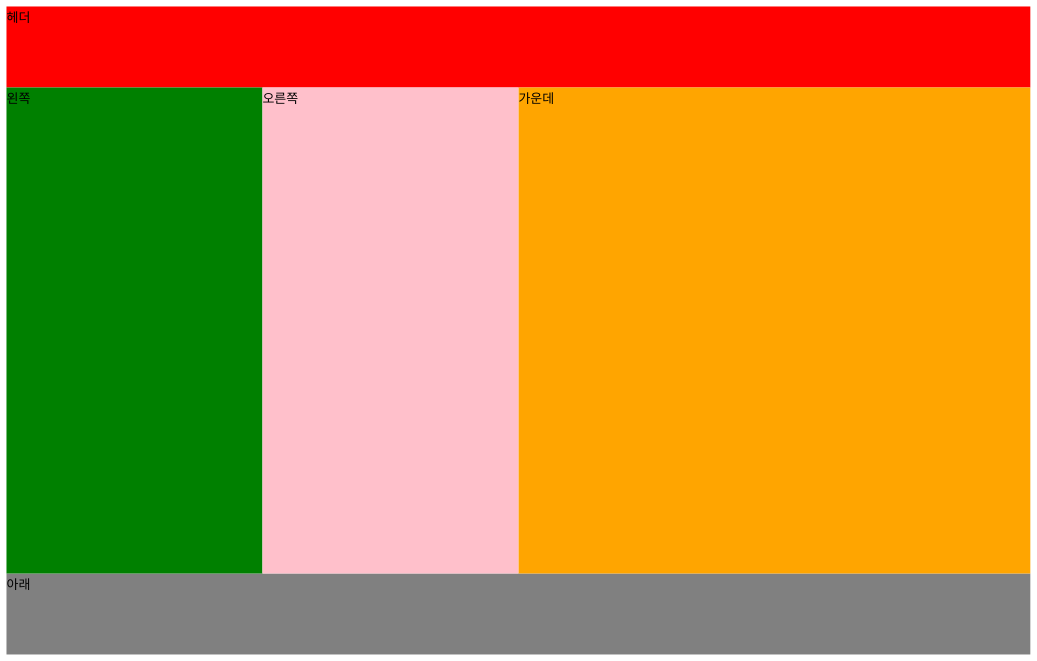
Repository: dhfkdlxm/Lecture-Web
Page: Lecture-Web/WebContent/css/exam/divExam.html
The author's editor kept a copy of each file at every save. The page is drawn from the files as they stood at one save, then again after the next save.
The browser window is 1280 px wide. The pictures show the whole page, at 81% of full size.

Above is the page before, as saved 2021-06-11 07:49:12.

### Lecture-Web/WebContent/css/exam/divExam.html
<!DOCTYPE html>
<html>
<head>
<meta charset="UTF-8">
<title>Insert title here</title>
<style type="text/css">
header {
	background-color: red;
	height: 100px
}

#left-aside {
	background-color: green;
	height: 600px;
	width: 25%;
	float: left;
}

/* #center-up {
	background-color: blue;
}

#center-down {
	background-color: orange;
}
 */
section {
	background-color: orange;
	float: right;
	width: 50%;
	height: 600px
}

#right-aside {
	background-color: pink;
	float: right;
	width: 25%;
	height: 600px
}

footer {
	background-color: gray;
	height: 100px;
	clear: both;
}
</style>
</head>
<body>
	<!--
	 header	 :  사이트명 , 로고
	 nav		 :  사이트의 메뉴, 포함
	 section 	 : 	문서의 주요 내용을 포함
	 article 	 : 	문서의 주요내용이 긴경우 세부적으로 구분
	 aside 	 :  문서의 주요 내용에 옆에 배치되는 내용
	 footer 	 :  문서의 정보, 저작권, 부가정보

 -->
	<header>헤더</header>
	<aside id='left-aside'>왼쪽</aside>
	<section>
		가운데
		<!-- <article id='center-up'>가운데위</article>
		<article id='center-down'>가운데아래</article> -->
	</section>
	<aside id='right-aside'>오른쪽</aside>
	<footer>아래</footer>
</body>
</html>

After the next save:
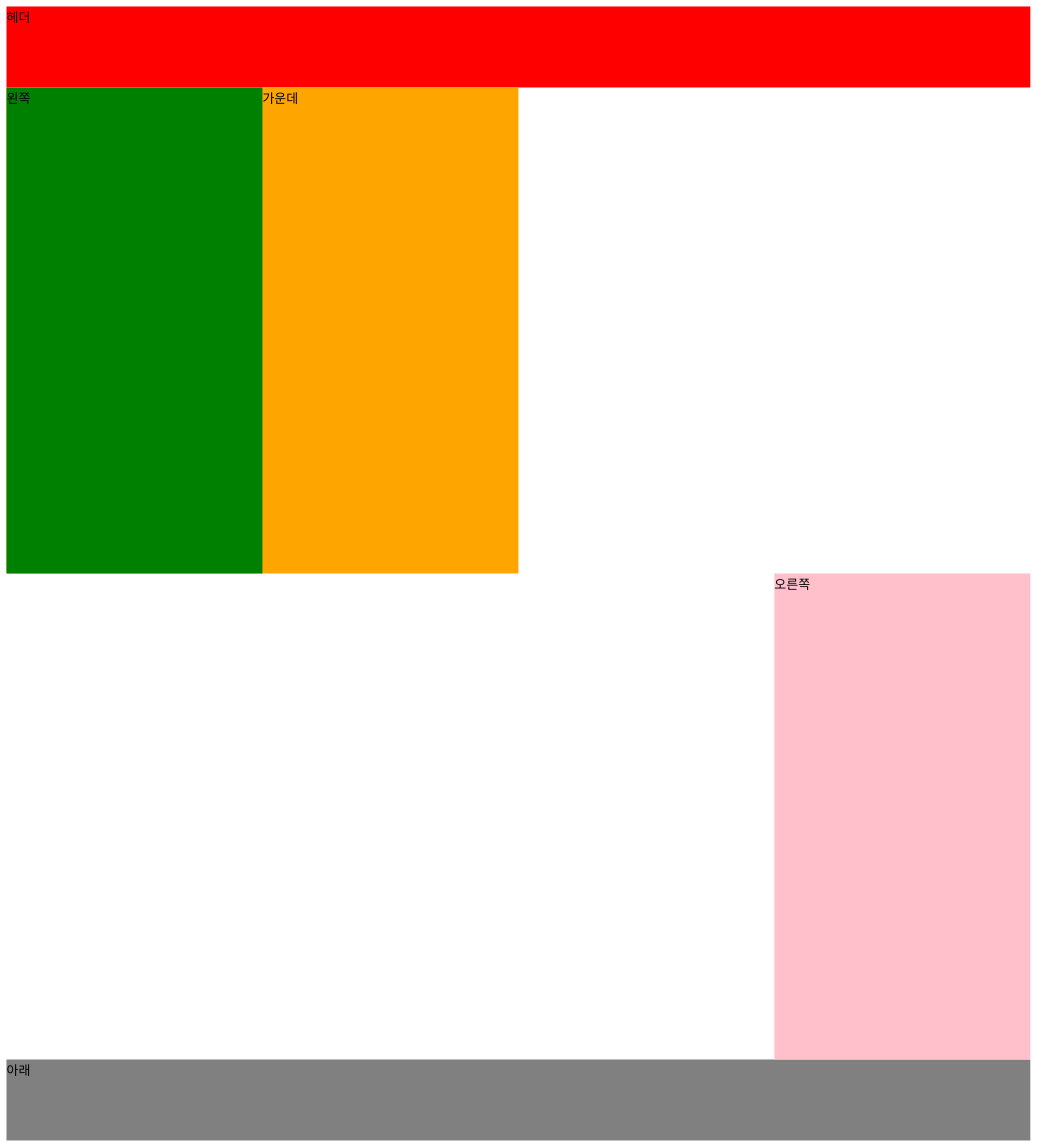
Saved 8 s later.
--- a/Lecture-Web/WebContent/css/exam/divExam.html
+++ b/Lecture-Web/WebContent/css/exam/divExam.html
@@ -26,7 +26,7 @@
  */
 section {
 	background-color: orange;
-	float: right;
+	float: none;
 	width: 50%;
 	height: 600px
 }

After the save that followed:
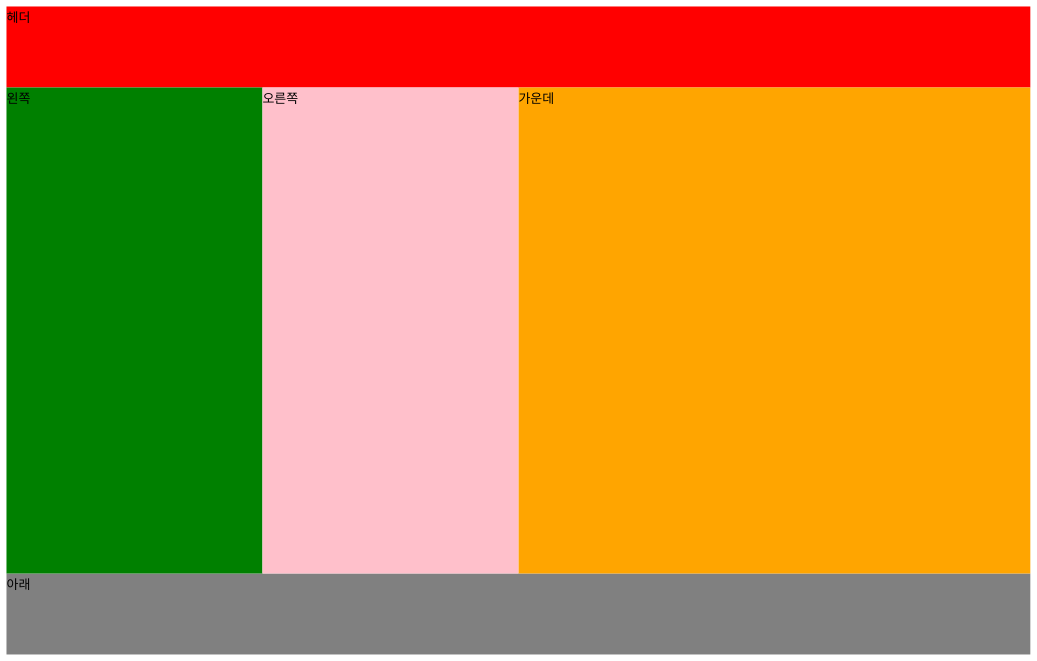
Saved 7 s later.
--- a/Lecture-Web/WebContent/css/exam/divExam.html
+++ b/Lecture-Web/WebContent/css/exam/divExam.html
@@ -26,7 +26,7 @@
  */
 section {
 	background-color: orange;
-	float: none;
+	float: right;
 	width: 50%;
 	height: 600px
 }
